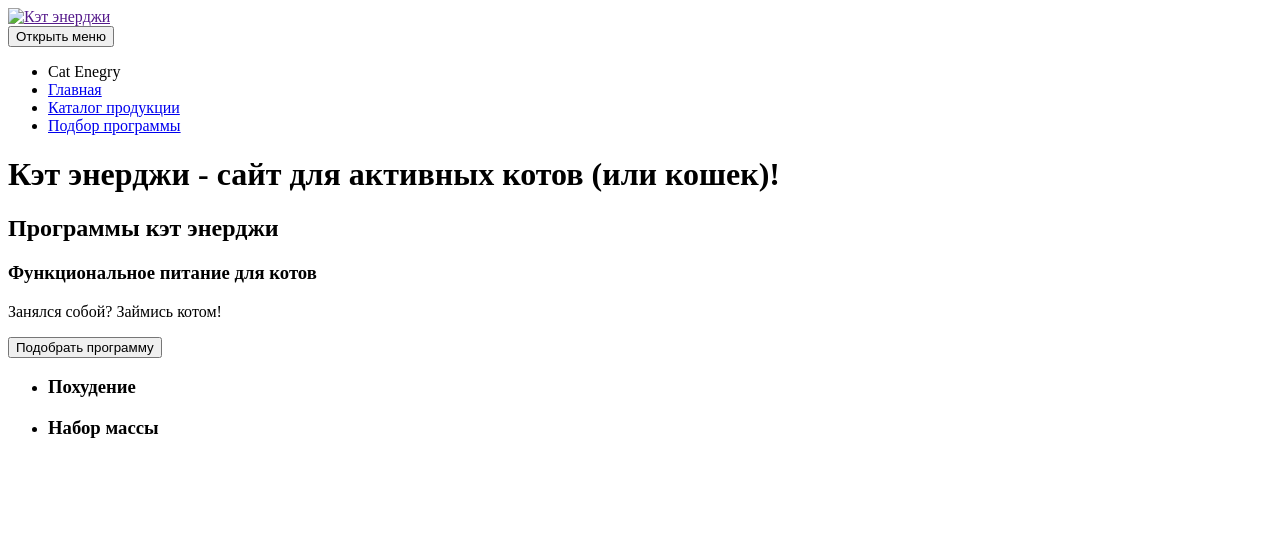
Repository: infernotw/1054987-cat-energy-17
Page: source/index.html
These files come from the project's save history. The page is drawn as it stood at one moment and after the next save; the edit follows.
The browser window is 1280 px wide. The pictures show the whole page.

Above is the page before, as saved 2019-07-17 04:11:26.

After the next save:
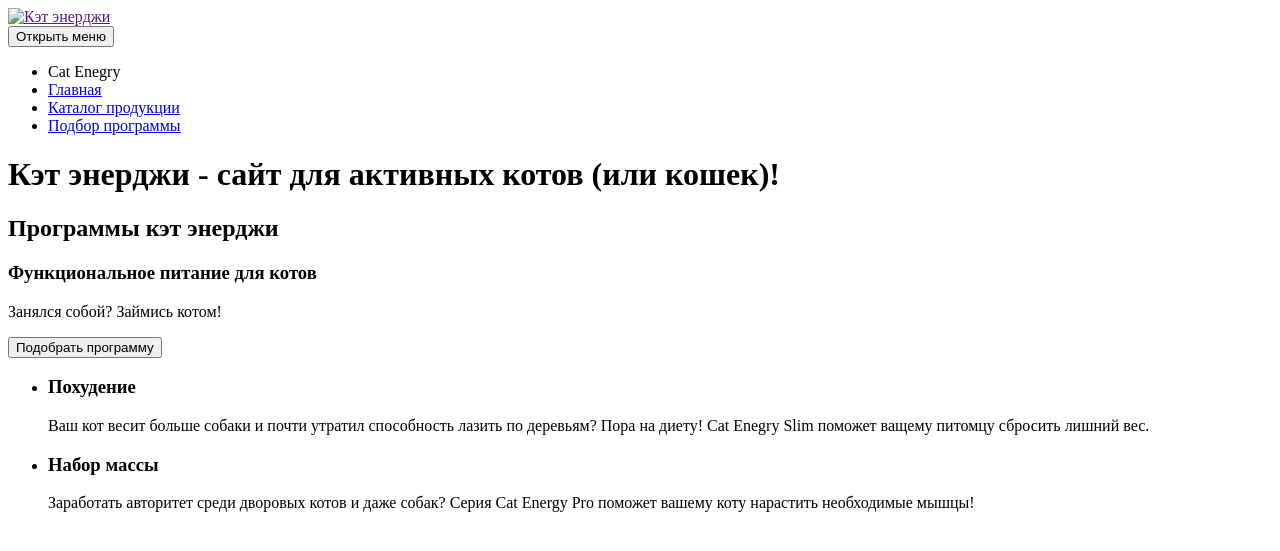
Saved 86 s later.
--- a/source/index.html
+++ b/source/index.html
@@ -45,11 +45,13 @@
       <ul class="program__list">
         <li class="program__item">
           <h3 class="program__title">Похудение</h3>
-          <p class="program__description"></p>
+          <p class="program__description">Ваш кот весит больше собаки и почти утратил способность лазить по деревьям?
+            Пора на диету! Cat Enegry Slim поможет ващему питомцу сбросить лишний вес.</p>
         </li>
         <li class="program__item">
           <h3 class="program__title">Набор массы</h3>
-          <p class="program__description"></p>
+          <p class="program__description">Заработать авторитет среди дворовых котов и даже собак? Серия Cat Energy Pro
+            поможет вашему коту нарастить необходимые мышцы!</p>
         </li>
       </ul>
     </section>
